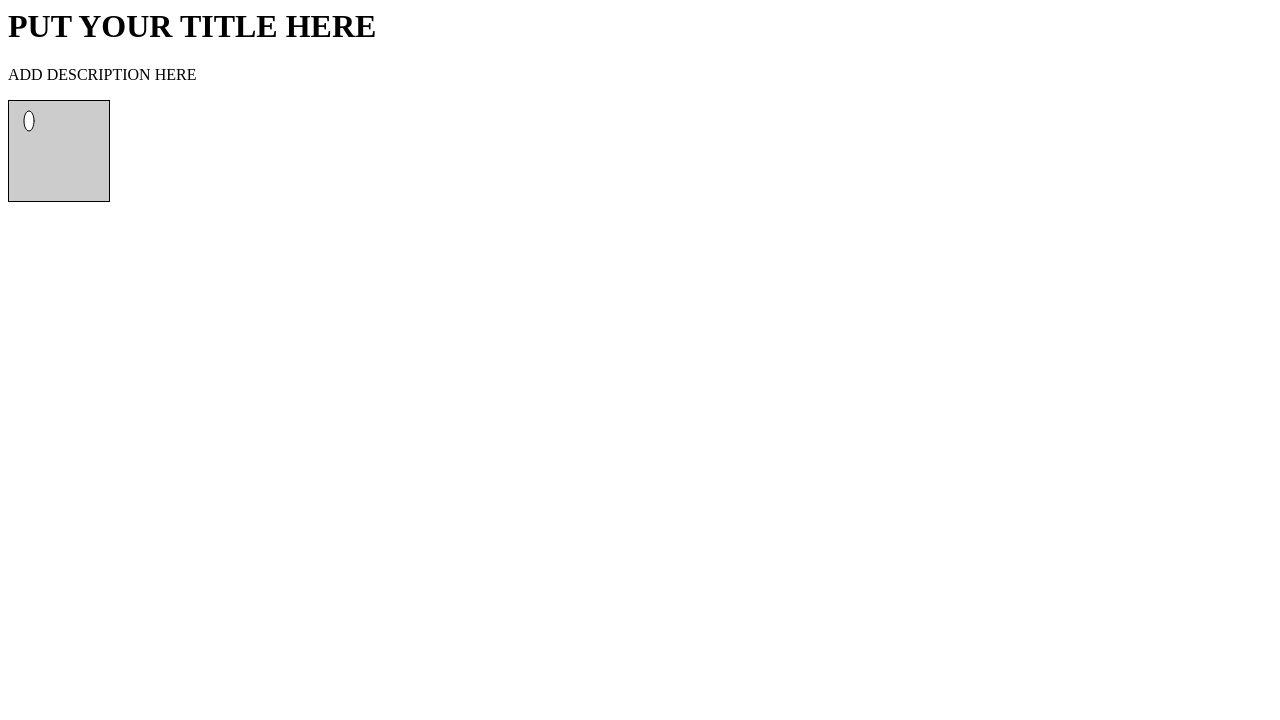
Repository: jacobhayman22/jacobhayman22.github.io
Page: Clickball.html
The author's editor kept a record of every edit. The page is drawn from the files as they stood at one moment, then again after the next edit.
The browser window is 1280 px wide. The pictures show the whole page.

Above is the page before.

### Clickball.html
<!Doctype: HTML w/ Processing>

<html>

  <head>
      <meta http-equiv="Content-Type" content="text/html; charset=UTF-8" />
      <title>Processing Demo</title>
      <script type="text/javascript" src="processing.js"></script>
  </head>

  <body>
    <h1>PUT YOUR TITLE HERE</h1>
    <p>ADD DESCRIPTION HERE</p>

    <script type="text/processing">

      /* DELETE THIS COIMMENT PORTION AND REPLACE WITH PROCESSING CODE
       *
       * CODE GOES HERE......
       */

       ellipse(20,20,10, 20)  //TEST THIS FIRST THEN DELETE

    </script>
    <canvas id="sketch" style="border: 1px solid black;"></canvas>

  </body>

</html>

Loaded but not shown: processing.js (library)

After the next edit:
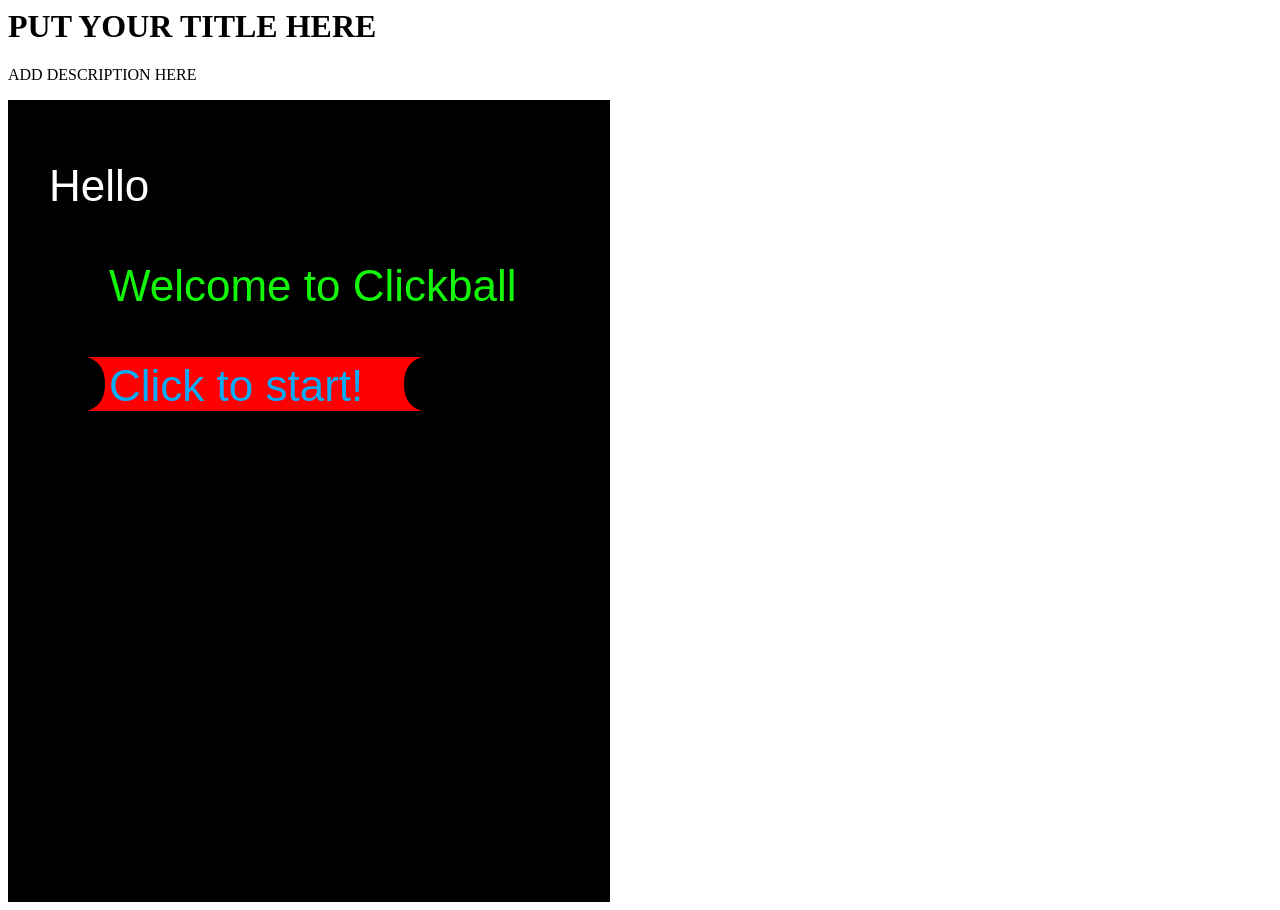
The edit:
--- a/Clickball.html
+++ b/Clickball.html
@@ -14,10 +14,86 @@
 
     <script type="text/processing">
 
-      /* DELETE THIS COIMMENT PORTION AND REPLACE WITH PROCESSING CODE
-       *
-       * CODE GOES HERE......
-       */
+    //DECLARE VARIABLES
+int gameState;
+int X ; //Ball x
+int Y ; //Ball y
+int Vx; //Velocity of ball in X direction
+int Vy; //Velocity of ball in Y direction
+int score;
+int highScore;
+PImage img;
+int speed;
+float x=600;
+float y=300;
+float xspeed = 5;
+float yspeed = 5;
+
+
+
+//SETUP
+void setup() {
+ size(600,800);
+ gameState=0;
+ speed=5;
+}
+
+//MAIN
+void draw() {
+ background(0); //black background
+ if(gameState==0) {
+  startScreen();
+ }
+ else if(gameState==1){
+  checkWalls();
+ }
+}
+
+void startScreen() {
+  textSize(44);
+  fill(255); // White
+  text("Hello", 40, 100);
+
+  if(mouseX>95 && mouseX<395 && mouseY>265 && mouseY<310){
+    fill(0,255,0);
+    if(mousePressed){
+      gameState=1;
+    }
+
+  }
+  else {
+    fill(255, 0, 0);
+  }
+
+
+
+  rect(95, 310, 300, -55, 15);
+  fill(255, 155, 0); //Red
+  fill(19, 247, 8);
+  text("Welcome to Clickball", 100, 200);
+  fill(8, 171, 247);
+  text("Click to start!", 100, 300);
+
+}
+
+void checkWalls() {
+background(0);
+
+   x += xspeed;
+   if (x > width || x < 0) {
+     xspeed *= -1;
+   }
+
+y += yspeed;
+if (y > height || y< 0) {
+  yspeed *= -1;
+}
+
+
+
+    ellipse(x, y, 50, 50);
+   fill(255, 255, 255);
+}
 
        ellipse(20,20,10, 20)  //TEST THIS FIRST THEN DELETE
 
